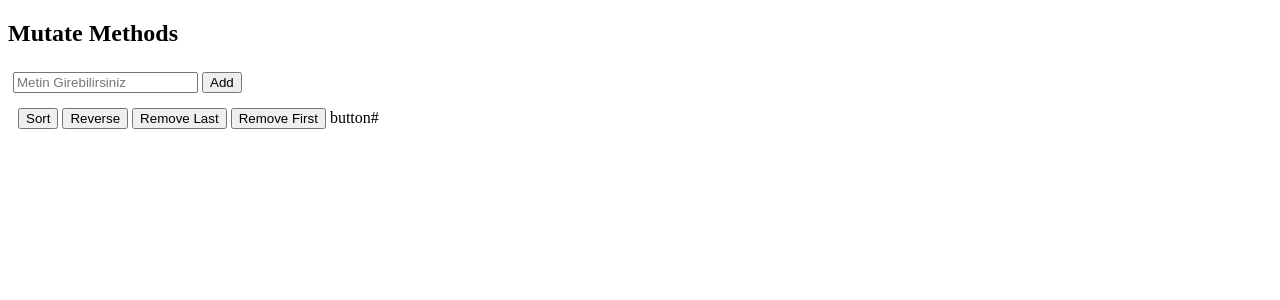
Repository: GorkemTurhan89/jsTutorial
Page: day13/51-b-practice.html
The author's editor kept a copy of each file at every save. The page is drawn from the files as they stood at one save, then again after the next save.
The browser window is 1280 px wide. The pictures show the whole page.

Above is the page before, as saved 2024-06-20 22:26:24.

After the next save:
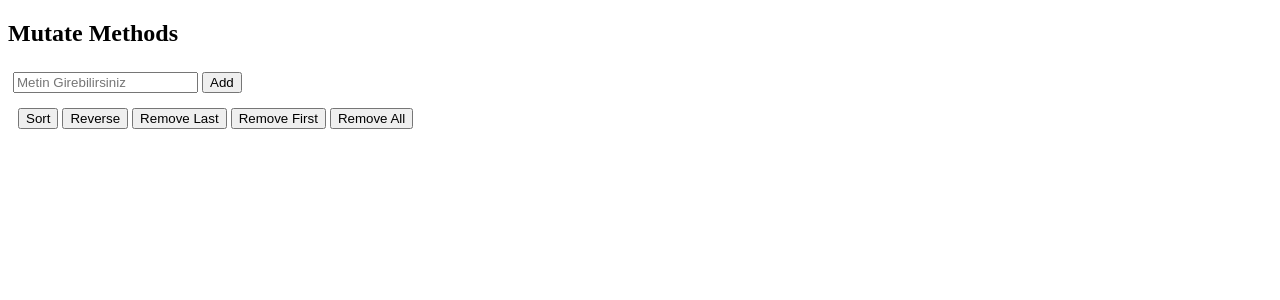
Saved 7 s later.
--- a/day13/51-b-practice.html
+++ b/day13/51-b-practice.html
@@ -28,7 +28,7 @@
         <button id="Reverse">Reverse</button>
         <button id="RemoveLast">Remove Last</button>
         <button id="RemoveFirst">Remove First</button>
-        button#
+        <button id="RemoveAll">Remove All</button>
 
     </div>
 
